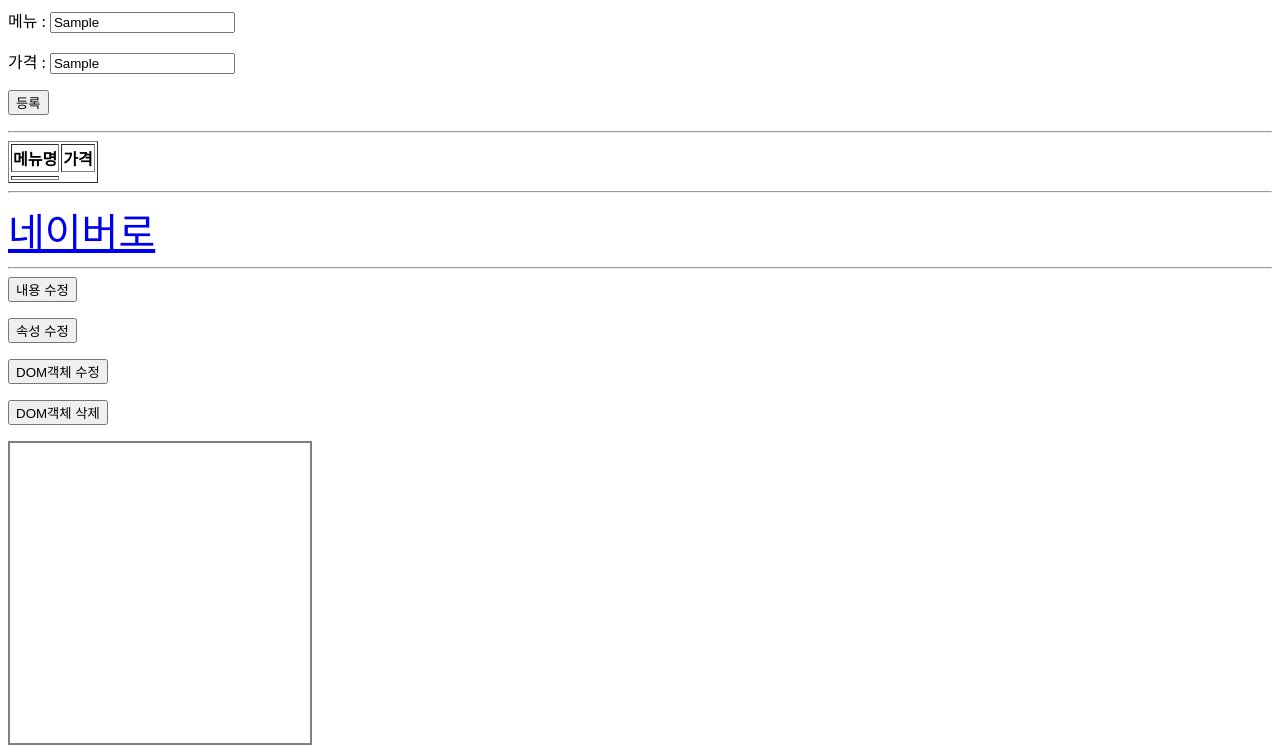
Repository: womss/sexyguy
Page: Spring/Feb14_1_jQuery/WebContent/1_DOM.html
The author's editor kept a copy of each file at every save. The page is drawn from the files as they stood at one save, then again after the next save.
The browser window is 1280 px wide. The pictures show the whole page.
Empty fields were first filled with sample values (such as "Sample", 5 or name@example.com).
After loading, the first visible `#m_btn` was clicked once.

Above is the page before, as saved 2025-02-14 02:07:32.
Console error: ReferenceError: im is not defined

### Spring/Feb14_1_jQuery/WebContent/1_DOM.html
<!DOCTYPE html>
<html>
<head>
<meta charset="UTF-8">
<title>Insert title here</title>
<style type="text/css">
.t2 {
	font-size: 30pt;
}

#t {
	background-color: pink;
	color: lightblue;
}

div {
	border: grey solid 2px;
	width: 300px;
	height: 300px;
}
</style>
<script type="text/javascript" src="jQuery.js"></script>
<script type="text/javascript">
	$(function() {
		//alert('sdf');
		$("#b1").click(function() {
			//alert('sdf');
			// a태그로 이루어진 DOM객체 속 text 바꾸기
			$("a").text("유튜브로");
			// text()의 소괄호 안에 값을 넣지 않으면
			// 기존의 값을 가져오게 됨
			//let t = $("a").text();
			//alert(t);

			// .text()와 비교할 .html()
			// $("a").html("유튜브로");

			// .html() 사용하면 새로운 html요소로 변경할 수 있음!
			// $("a").text("<b>유튜브로<b>"); // <b>를 텍스트로 인식!
			//$("a").html("<b>유튜브로<b>");
		});

		$("#b2").click(function() { // 속성 수정을 누를때
			// alert('asdf');

			$("a").attr("href", "https://www.youtube.com");

			// 이 a태그에 css를 주고 싶은데 a태그가 많다면
			//	id도 부여할 수 있음
			// 기존에 없는 속성도 부여 가능한 .attr
			$("a").attr("id", "t");

			// 속성 지우기
			$("a").removeAttr("class");
		});
		$("#b3").click(function() {
			// alert('asdf');

			// $("css선택자") : 있는 것을 선택
			// $("DOM객체") : DOM객체 생성
			// marquee DOM객체 추가하기

			let m = $("<marquee></marquee>").text("발렌타인데이 !");

			// behavior : 스크롤방식 설정
			//		scroll : 한쪽 방향으로만 진행 (기본값)
			//		alternate : 왕복
			m.attr("behavior", "alternate");

			// direction : 스크롤방향 설정														@@@@@@
			//		left(기본값), right, up, down
			m.attr("direction", "right");

			// 요소 추가하기
			//	기존 요소의 내부에 추가 - append, prepend
			$("div").append(m);	// 내부 아래로 계속 추가함
			//$("div").prepend(m);	// 내부 위로 적층되서 처음 쌓인게 아래로 밀려남

			//	기존 요소의 외부에 추가 - before, after
			//$("div").before(m);	// 외부 아래로 계속 추가함
			//$("div").after(m);	// 외부 위로 적층되서 처음 쌓인건 아래로 밀려남
		});

		$("#b4").click(function() {
			// alert('asdf');

			// remove() : DOM객체 + 그 하위 요소들을 전부 제거함
			// $("div").remove();	// div 자체를 삭제

			// empty() : DOM객체의 하위 요소들을 제거
			// $("div").empty();		// div 내부를 삭제
		});
		$("#m_btn").click(function() {
			// alert('asdf');
			let m_name = $("#m_name").val();
			let m_price = $("#m_price").val();
			// alert(m_name + ":" + p_price); 내용 잘 전달 되는지

			//	<tr>
			//		<td>초밥</td>
			//		<td>10000</td>
			//	</tr>


			//let tr = $("<tr>").text();
			//let ttr = $("</tr>").text();
			let td1 = $("<td></td>").text(m_name);
			let td2 = $("<td></td>").text(m_price);
			let tr = $("<tr></tr>").append(td1, td2);


			$("tbody").append("<tr>");
			$("tbody").append("<th>");
			$("tbody").append(im);
			$("tbody").append("</th>");
			$("tbody").append(ip);
			$("tbody").append("</tr>");

		});

	});
</script>
</head>
<body>
	메뉴 : <input id="m_name"> <p>
	가격 : <input id="m_price"> <p>
	<button id="m_btn">등록</button>
	<hr>
	<table id="tbl1" border="1">
		<tr id="tr1">
			<th>메뉴명</th>
			<th>가격</th>
		</tr>
	</table>
	<hr>
	<a href="https://www.naver.com" class="t2">네이버로</a>
	<hr>
	<button id="b1">내용 수정</button>
	<p>
		<button id="b2">속성 수정</button>
	<p>
		<button id="b3">DOM객체 수정</button>
	<p>
		<button id="b4">DOM객체 삭제</button>
	<p>
	<div></div>
</body>
</html>

Loaded but not shown: Spring/Feb14_1_jQuery/WebContent/jQuery.js (library)

After the next save:
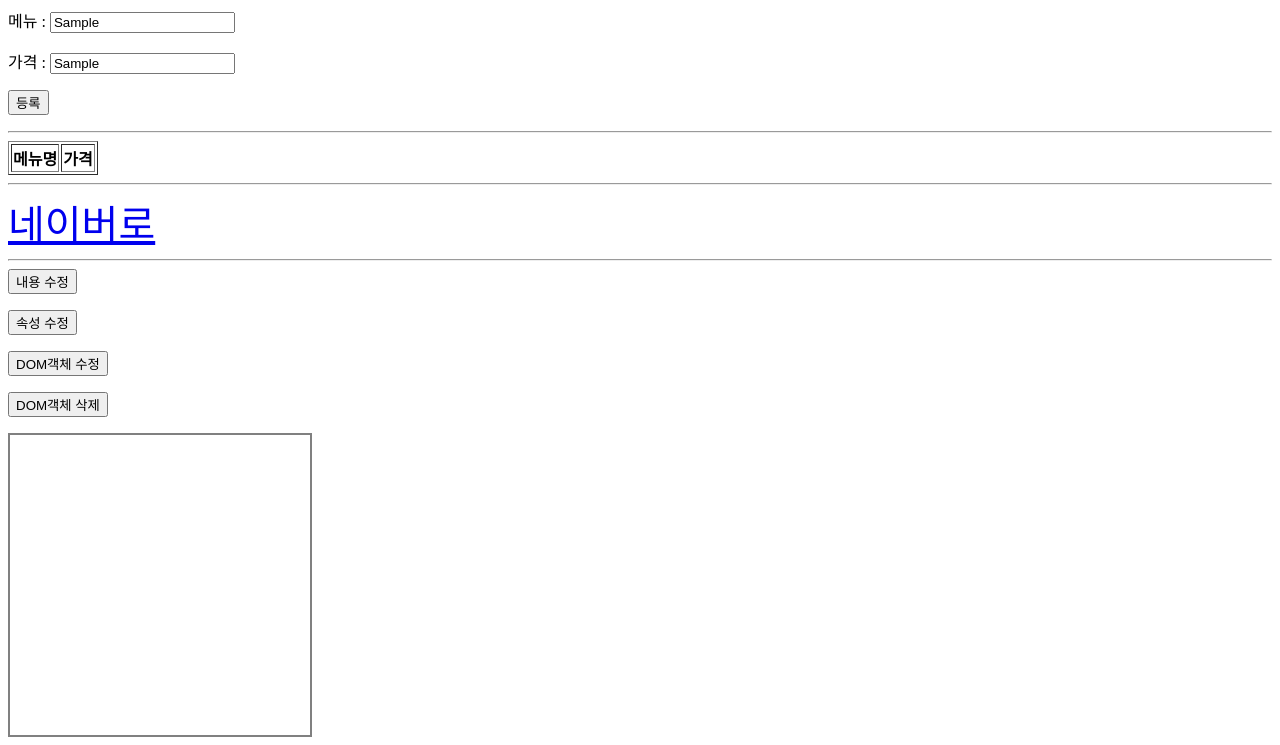
Console error: ReferenceError: ip is not defined
Saved 59 s later.
--- a/Spring/Feb14_1_jQuery/WebContent/1_DOM.html
+++ b/Spring/Feb14_1_jQuery/WebContent/1_DOM.html
@@ -109,10 +109,7 @@
 			let tr = $("<tr></tr>").append(td1, td2);
 
 
-			$("tbody").append("<tr>");
-			$("tbody").append("<th>");
-			$("tbody").append(im);
-			$("tbody").append("</th>");
+			$("m_tbl").append(tr);
 			$("tbody").append(ip);
 			$("tbody").append("</tr>");
 
@@ -126,7 +123,7 @@
 	가격 : <input id="m_price"> <p>
 	<button id="m_btn">등록</button>
 	<hr>
-	<table id="tbl1" border="1">
+	<table id="m_tbl" border="1">
 		<tr id="tr1">
 			<th>메뉴명</th>
 			<th>가격</th>
